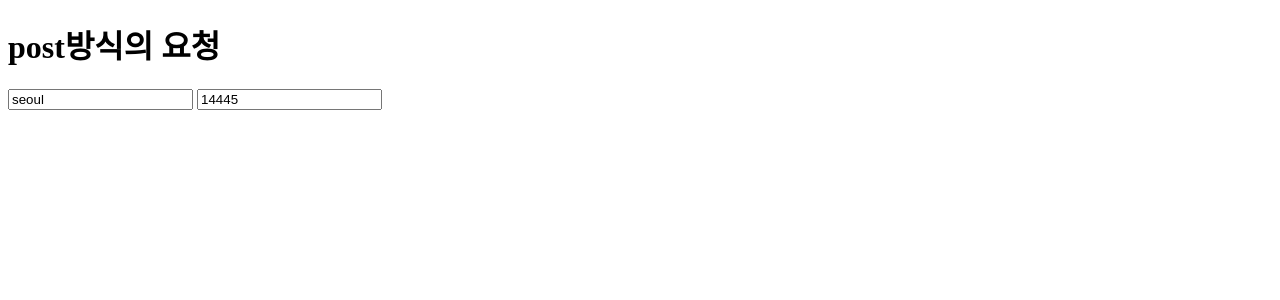
Repository: zoselakt/My_practice_JSP
Page: http://localhost/day06/post_test.jsp
An editor plug-in stored every save of this project. The page is shown before and after the next save, followed by the edit.
The browser window is 1280 px wide. The pictures show the whole page.
The page is served by Tomcat 9.

Above is the page before, as saved 2022-02-28 11:02:59.

### day06/WebContent/post_test.jsp
<%@ page language="java" contentType="text/html; charset=UTF-8"
    pageEncoding="UTF-8"%>
<!DOCTYPE html>
<html>
<head>
<meta charset="UTF-8">
<title>post방식의 요청</title>
</head>
<body>
	<h1>post방식의 요청</h1>
	<form action="get_test.jsp" method="post">
		<input type="text" name="city" value="seoul" readonly>
		<input type="text" name="zipcode" value="14445" readonly>
	</form>
</body>
</html>

After the next save:
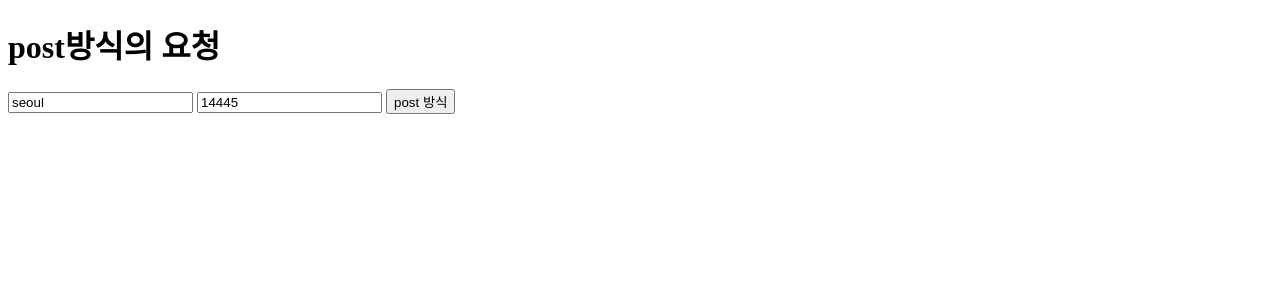
Saved 28 s later.
--- a/day06/WebContent/post_test.jsp
+++ b/day06/WebContent/post_test.jsp
@@ -11,6 +11,7 @@
 	<form action="get_test.jsp" method="post">
 		<input type="text" name="city" value="seoul" readonly>
 		<input type="text" name="zipcode" value="14445" readonly>
+		<button>post 방식</button>
 	</form>
 </body>
 </html>
